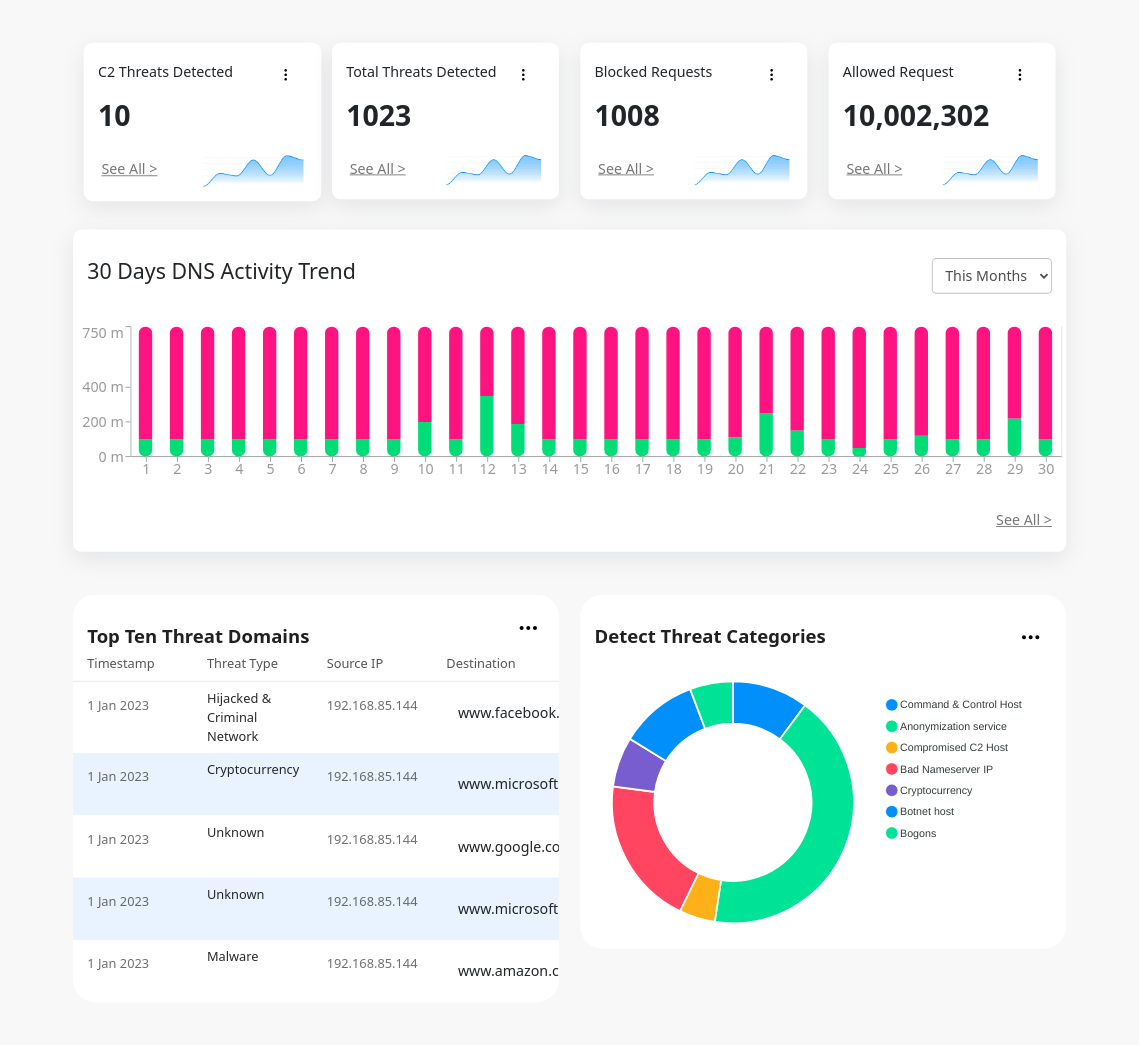
Repository: badhon252/dashboard
Page: /
An editor plug-in stored every save of this project. The page is shown before and after the next save, followed by the edit.
The browser window is 1280 px wide. The pictures show the whole page, at 89% of full size.
The project was rebuilt for these pictures with package versions that can differ from the ones it lists, and the page was loaded fresh each time. Also part of the build but not shown: vite.config.js.

Above is the page before, as saved 2023-01-27 13:13:38.

After the next save:
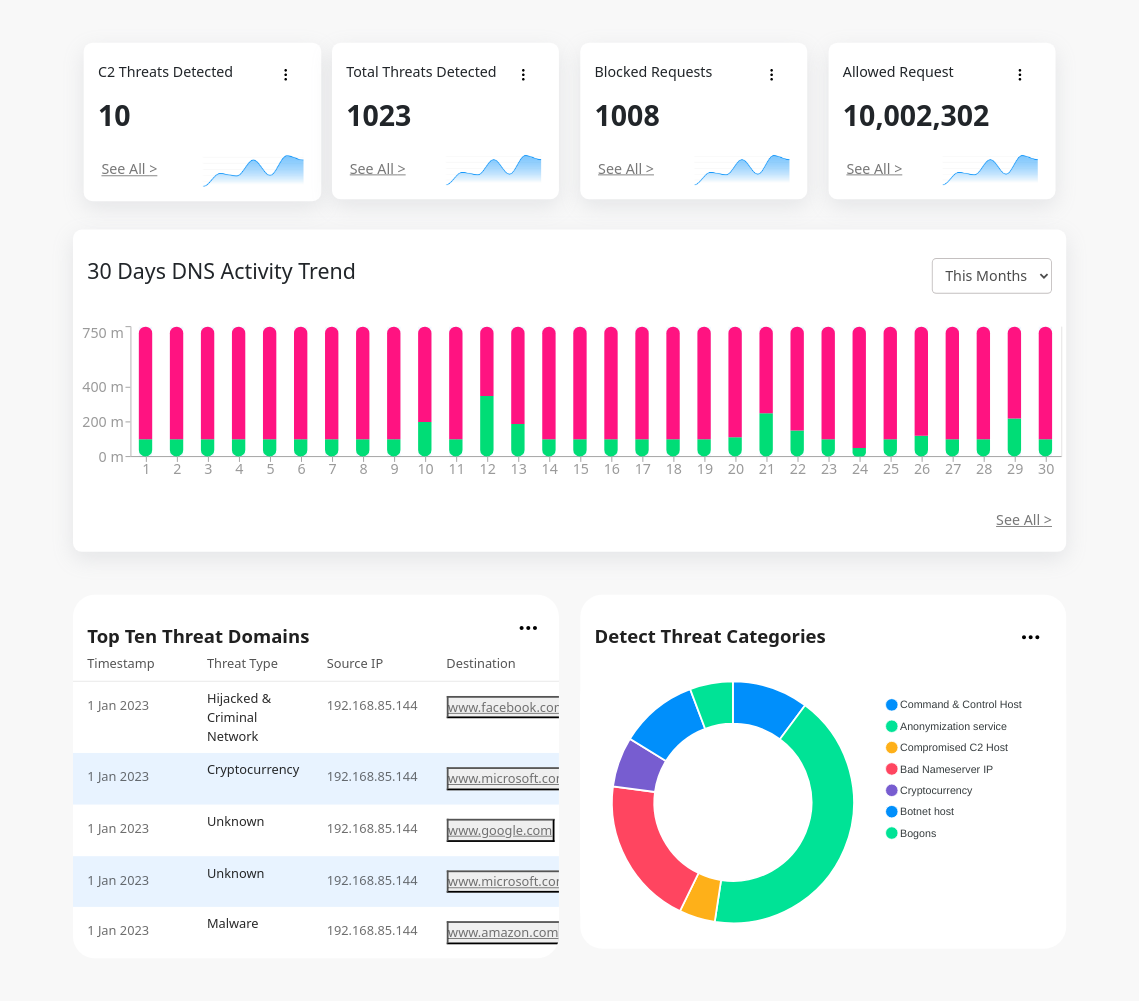
Saved 8 s later.
--- a/src/Components/Analysis/DomainThreat.jsx
+++ b/src/Components/Analysis/DomainThreat.jsx
@@ -15,7 +15,7 @@ const DomainThreat = ({ timestamp, threatType, sourseIp, destination }) => {
         <div className="destination">
           <button
             type="button"
-            class="btn"
+            class="link"
             data-bs-toggle="tooltip"
             data-bs-html="true"
             title="<em>Tooltip</em> <u>with</u> <b>HTML</b>"
